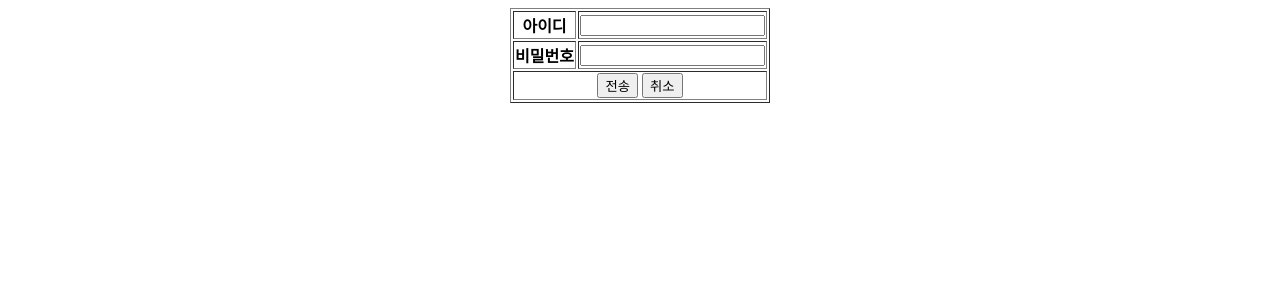
Repository: LTaeHoon/javajsp_ncs
Page: http://localhost/chap01_Jsp_Servlet/jsp/login.jsp
The author's editor kept a copy of each file at every save. The page is drawn from the files as they stood at one save, then again after the next save.
The browser window is 1280 px wide. The pictures show the whole page.
The page is served by Tomcat 9.

Above is the page before, as saved 2017-01-10 08:07:59.

After the next save:
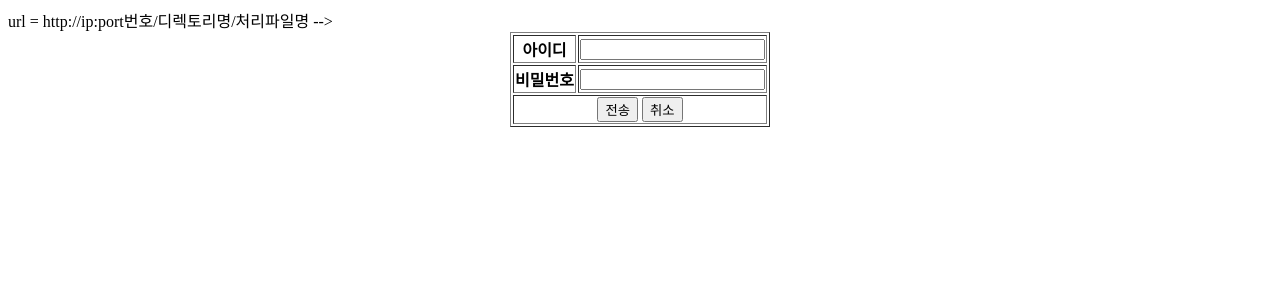
Saved 99 s later.
--- a/chap01_Jsp_Servlet/WebContent/jsp/login.jsp
+++ b/chap01_Jsp_Servlet/WebContent/jsp/login.jsp
@@ -27,6 +27,11 @@
 	<form name="frm" method="post"
 	  action="../LoginServlet"
 	  onsubmit="return data_check()">
+	  <!--
+	  	method : 데이터 전송방식(get/post) -> doGet()/doPost()
+	  	action : 서버페이지 url
+	  		--> url = http://ip:port번호/디렉토리명/처리파일명
+	   -->
 	 <div align="center">
 		<table border="1">
 			<tr>
